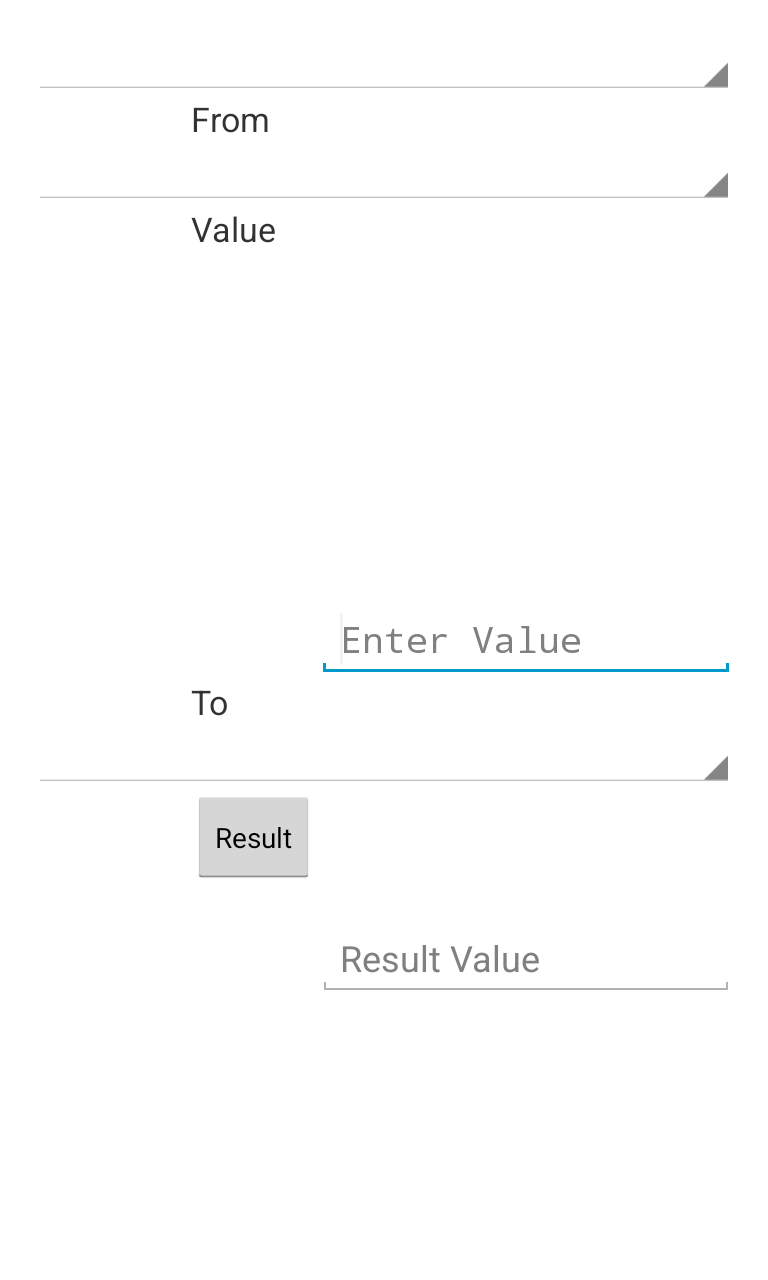
Repository: nisithasadangi/Demo_Nisith
Layout: Converter/res/layout/activity_main.xml
The author's editor kept a copy of each file at every save. The layout is drawn from the files as they stood at one save, then again after the next save.
It is drawn on a 768 x 1280 px phone screen (xhdpi) without system bars, with theme AppTheme; the app's code is not run.

Above is the layout before, as saved 2015-09-26 06:32:48.

After the next save:
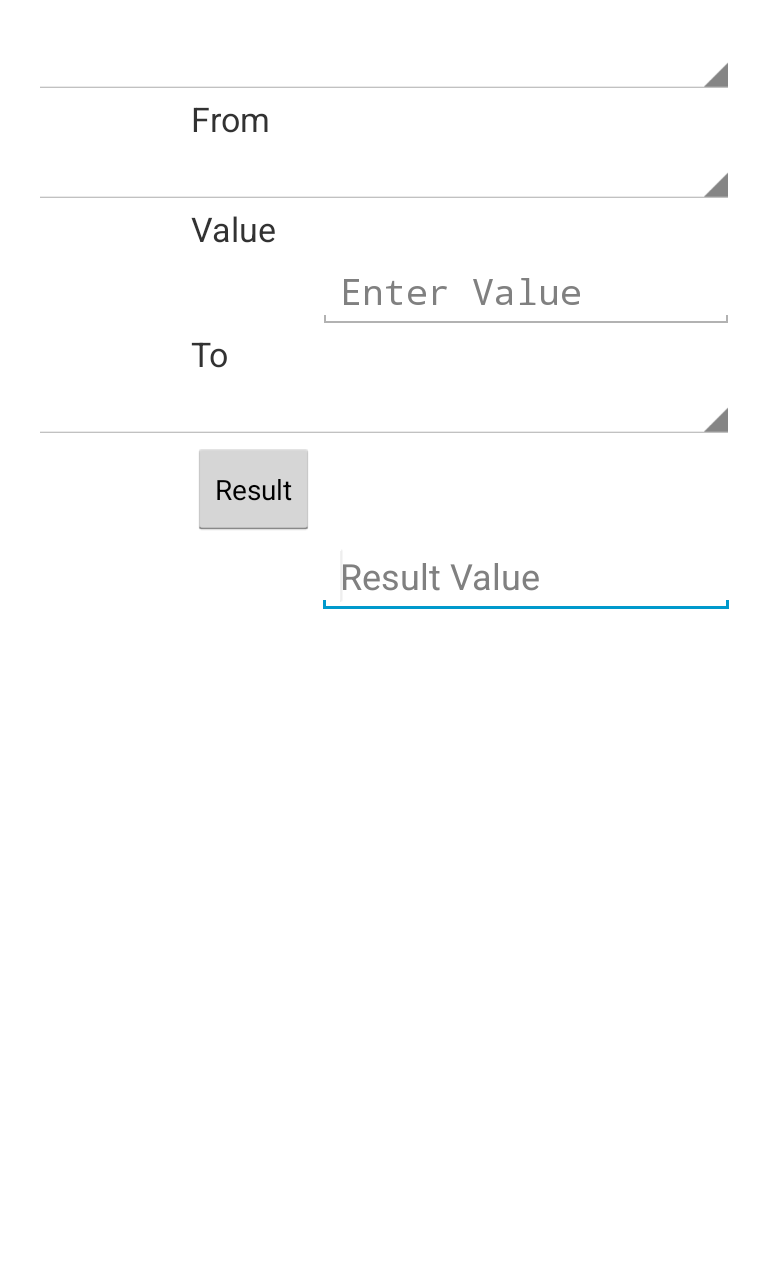
Saved 20 min 27 s later.
--- a/Converter/res/layout/activity_main.xml
+++ b/Converter/res/layout/activity_main.xml
@@ -7,19 +7,6 @@
     android:paddingRight="@dimen/activity_horizontal_margin"
     android:paddingTop="@dimen/activity_vertical_margin"
     tools:context=".MainActivity" >
-
-    <EditText
-        android:id="@+id/entervalueeditText"
-        android:layout_width="wrap_content"
-        android:layout_height="wrap_content"
-        android:layout_alignParentRight="true"
-        android:layout_centerVertical="true"
-        android:ems="10"
-        android:hint="Enter Value"
-        android:inputType="textPassword" >
-
-        <requestFocus />
-    </EditText>
 
     <Spinner
         android:id="@+id/unitspinner"
@@ -82,13 +69,25 @@
         android:text="Result" />
 
     <EditText
+        android:id="@+id/entervalueeditText"
+        android:layout_width="wrap_content"
+        android:layout_height="wrap_content"
+        android:layout_alignParentRight="true"
+        android:layout_below="@+id/textView2"
+        android:ems="10"
+        android:hint="Enter Value"
+        android:inputType="textPassword" />
+
+    <EditText
         android:id="@+id/resultvalueeditText"
         android:layout_width="wrap_content"
         android:layout_height="wrap_content"
         android:layout_alignRight="@+id/tounitspinner"
         android:layout_below="@+id/resultbutton"
-        android:layout_marginTop="17dp"
         android:ems="10"
-        android:hint="Result Value" />
+        android:hint="Result Value" >
+
+        <requestFocus />
+    </EditText>
 
 </RelativeLayout>
